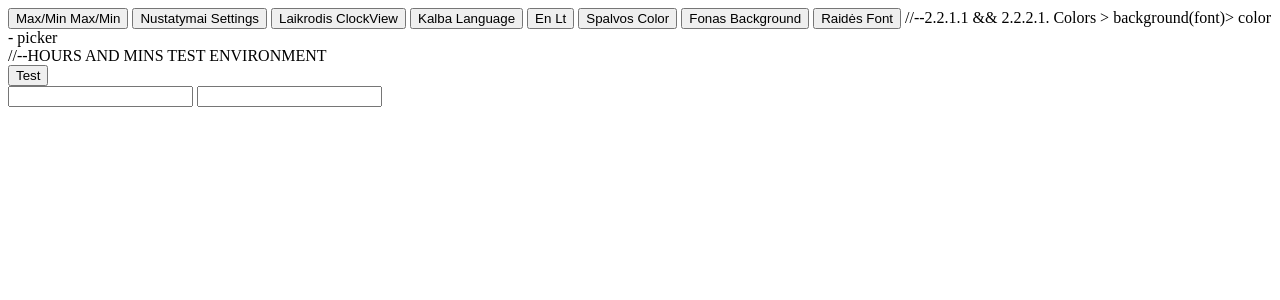
Repository: Skaidrius/WordClock
Page: directives/clock-buttons.html
The author's editor kept a record of every edit. The page is drawn from the files as they stood at one moment, then again after the next edit.
The browser window is 1280 px wide. The pictures show the whole page.

Above is the page before.

After the next edit:
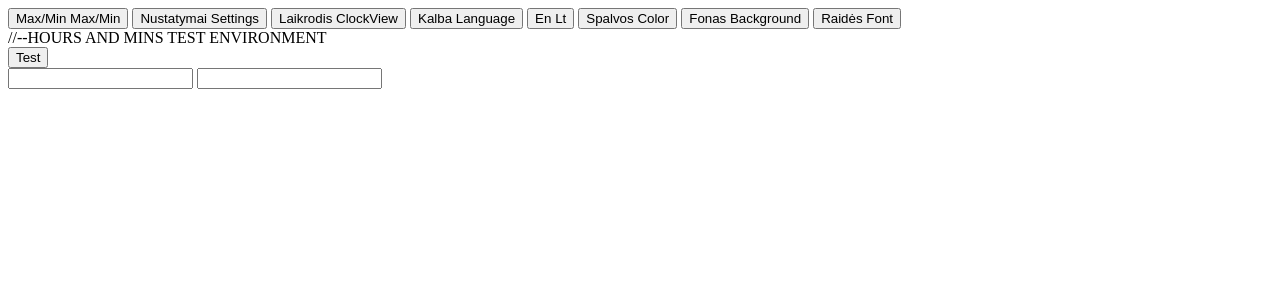
The edit:
--- a/directives/clock-buttons.html
+++ b/directives/clock-buttons.html
@@ -49,7 +49,7 @@
             <span ng-show="en">Font</span>
         </button>
 
-        //--2.2.1.1 && 2.2.2.1. Colors > background(font)> color - picker
+        <!--2.2.1.1 && 2.2.2.1. Colors > background(font)> color - picker-->
         <div ng-show="picker" class='preview' style='color:{{color | toHex}};'></div>
         <picker ng-show="picker" color='color'></picker>
 
